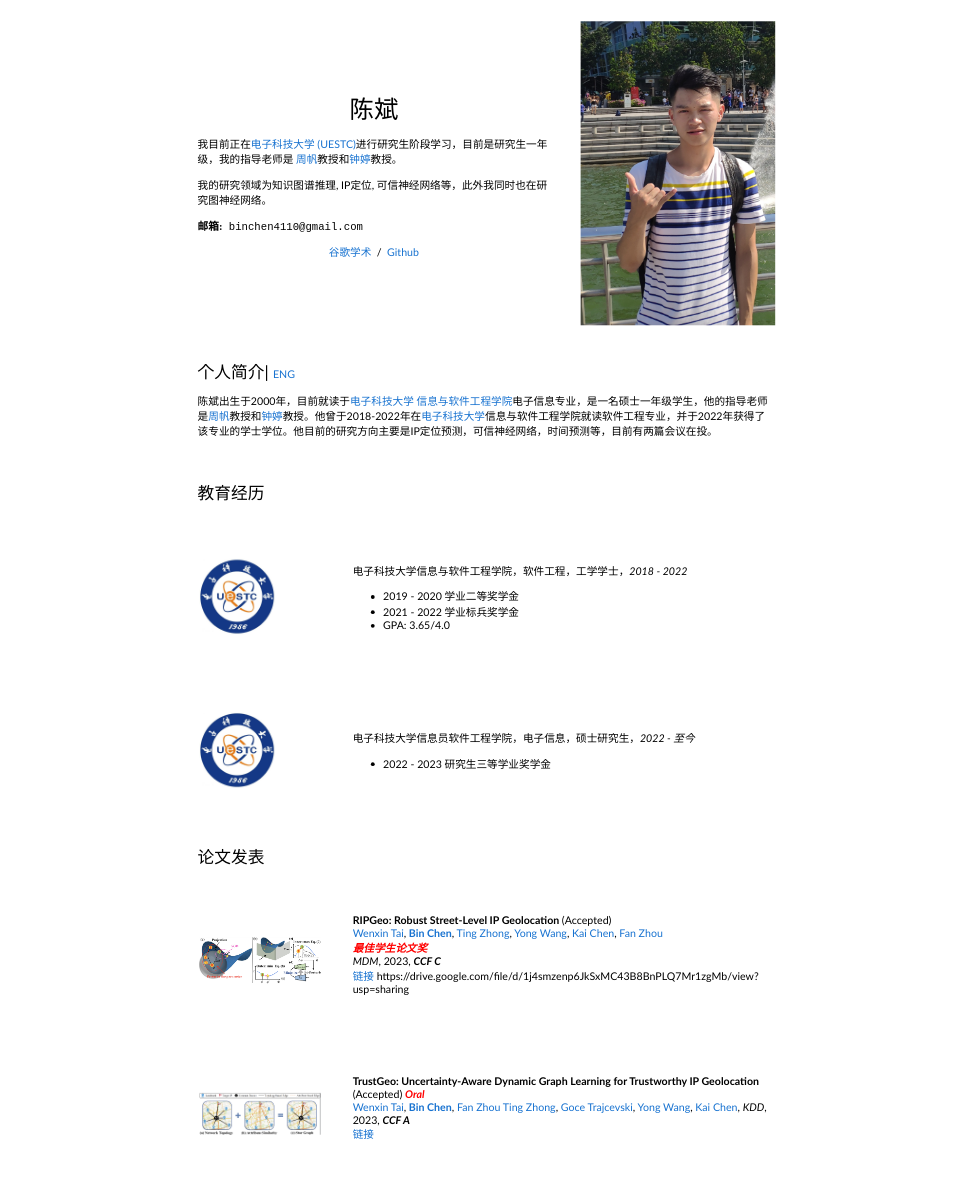
Repository: b1nchen/b1nchen.github.io
Page: index_CHN.html
These files come from the project's save history. The page is drawn as it stood at one moment and after a run of saves; the edit follows.
The browser window is 1280 px wide. The pictures show the part of the page from y = 0 to 1578 px (the page is 1950 px tall), at 76% of full size.
A picture or video elsewhere on the page could not be fetched, so the positions and the page height are approximate.

Above is the page before, as saved 2023-12-31 08:20:53.

### index_CHN.html
<!DOCTYPE HTML>
<html lang="en">

<head>
  <meta http-equiv="Content-Type" content="text/html; charset=UTF-8">

  <title>Bin Chen</title>

  <meta name="author" content="Bin Chen">
  <meta name="viewport" content="width=device-width, initial-scale=1">

  <link rel="stylesheet" type="text/css" href="stylesheet.css">
  <link rel="icon" href="images/uestc_icon.jpeg">
</head>

<body>
  <table
    style="width:100%;max-width:800px;border:0px;border-spacing:0px;border-collapse:separate;margin-right:auto;margin-left:auto;">
    <tbody>
      <tr style="padding:0px">
        <td style="padding:0px">
          <table
            style="width:100%;border:0px;border-spacing:0px;border-collapse:separate;margin-right:auto;margin-left:auto;">
            <tbody>
              <tr style="padding:0px">
                <td style="padding:2.5%;width:63%;vertical-align:middle">
                  <p style="text-align:center">
                    <name>陈斌</name>
                  </p>
                  <p>我目前正在<a href="https://en.uestc.edu.cn/">电子科技大学 (UESTC)</a>进行研究生阶段学习，目前是研究生一年级，我的指导老师是 <a
                      href="https://scholar.google.com/citations?user=Ihj2Rw8AAAAJ">周帆</a>教授和<a
                      href="https://scholar.google.com/citations?user=Mdr0XDkAAAAJ">钟婷</a>教授。
                  </p>
                  <p>
                    我的研究领域为知识图谱推理, IP定位, 可信神经网络等，此外我同时也在研究图神经网络。
                  </p>
                  <p style="font-family: 'Courier New', Courier, monospace;">
                    <b style="font-family: 'Times New Roman', Times, serif;">邮箱:</b> binchen4110@gmail.com
                    <br>
                    <!-- &nbsp &nbsp &nbsp
                    haoyang[dot]yu417[at]outlook.com <br> -->


                  </p>
                  <p style="text-align:center">
                    <!-- <a href="resume/resume_chn.pdf">个人简历</a> &nbsp/&nbsp -->
                    <a href="https://scholar.google.com/citations?user=x3ufhFAAAAAJ/">谷歌学术</a>
                    &nbsp/&nbsp
                    <a href="https://github.com/binchen4110/">Github</a>
                  </p>

                </td>
                <td style="padding:2.5%;width:40%;max-width:40%">
                  <a href="images/profile.jpg"><img style="width:100%;max-width:100%" alt="profile photo"
                      src="images/profile.jpg" class="hoverZoomLink"></a>
                </td>
              </tr>
            </tbody>
          </table>

          <table
            style="width:100%;border:0px;border-spacing:0px;border-collapse:separate;margin-right:auto;margin-left:auto;">
            <tbody>
              <tr>
                <td style="padding:20px;width:100%;vertical-align:middle">
                  <heading>个人简介| <a href="index.html">ENG</a>
                  </heading>
                  <p>
                    陈斌出生于2000年，目前就读于<a
                    href="https://www.uestc.edu.cn/">电子科技大学</a>  <a
                    href="https://www.sise.uestc.edu.cn/">信息与软件工程学院</a>电子信息专业，是一名硕士一年级学生，他的指导老师是<a
                      href="https://scholar.google.com/citations?user=Ihj2Rw8AAAAJ">周帆</a>教授和<a
                      href="https://scholar.google.com/citations?user=Mdr0XDkAAAAJ">钟婷</a>教授。他曾于2018-2022年在<a href="https://www.uestc.edu.cn/">电子科技大学</a>信息与软件工程学院就读软件工程专业，并于2022年获得了该专业的学士学位。他目前的研究方向主要是IP定位预测，可信神经网络，时间预测等，目前有两篇会议在投。<br>

                  </p>
                </td>
              </tr>
            </tbody>
          </table>
          <table
            style="width:100%;border:0px;border-spacing:0px;border-collapse:separate;margin-right:auto;margin-left:auto;">
            <tbody>

            </tbody>
          </table>

          <table
            style="width:100%;border:0px;border-spacing:0px;border-collapse:separate;margin-right:auto;margin-left:auto;">
            <tbody>
              <tr>
                <td style="padding:20px;width:100%;vertical-align:middle">
                  <heading>教育经历</heading>
                </td>
              </tr>
            </tbody>
          </table>
          <table width="100%" align="center" border="0" cellpadding="20">
            <tbody>

              <tr>
                <td style="padding:20px;width:25%;vertical-align:middle">
                  <div class="flexbox">
                    <img src='images/uestc_icon.jpeg' width="100px">
                  </div>
                </td>
                <td style="padding:20px;width:75%;vertical-align:middle">
                  <p>电子科技大学信息与软件工程学院，软件工程，工学学士，<em>2018 -  2022 </em></p>
                  <ul>
                    <li>
                      2019 - 2020 学业二等奖学金
                    </li>
                    <li>
                      2021 - 2022 学业标兵奖学金
                    </li>
                    <li>
                      GPA: 3.65/4.0
                    </li>
                  </ul>
                  <p> </p>
                </td>
              </tr>


              <tr>
                <td style="padding:20px;width:25%;vertical-align:middle">
                  <div class="flexbox">
                    <img src='images/uestc_icon.jpeg' width="100px">
                  </div>
                </td>
                <td style="padding:20px;width:75%;vertical-align:middle">
                  <p>电子科技大学信息员软件工程学院，电子信息，硕士研究生，<em>2022 - 至今</em></p>
                  <ul>
                    <li>2022 - 2023 研究生三等学业奖学金</li>
                  </ul>
                </td>
              </tr>


              <!-- <tr>
                <td align="center" style="padding:20px;width:25%;vertical-align:middle">
                  <heading>Basically <br> Blog Posts</heading>
                </td>
                <td width="75%" valign="middle">
                  <a href="https://arxiv.org/abs/2112.11687">Squareplus: A Softplus-Like Algebraic Rectifier</a>
                  <br>
                  <a href="https://arxiv.org/abs/2010.09714">A Convenient Generalization of Schlick's Bias and Gain
                    Functions</a>
                  <br>
                  <a href="https://arxiv.org/abs/1704.07483">Continuously Differentiable Exponential Linear Units</a>
                </td>
              </tr> -->


            </tbody>
          </table>

          <table width="100%" align="center" border="0" cellspacing="0" cellpadding="20">
            <tbody>
              <tr>
                <td>
                  <heading>论文发表</heading>
                </td>
              </tr>
            </tbody>
          </table>
          <table width="100%" align="center" border="0" cellpadding="20">
            <tbody>

              <!-- MDM 2023 -->
                <tr onmouseout="ripgeo_data()" onmouseover="ripgeo_para()">
                  <td style="padding:20px;width:25%;vertical-align:middle">
                    <div class="one">
                      <div class="two" id='data'>
                        <img src='images/ripgeo_perturb_data.png' width="160">


                      </div>
                      <img src="images/ripgeo_perturb_para.png" width="160">
                    </div>
                    <script type="text/javascript">
                      function ripgeo_data() {
                        document.getElementById('data').style.opacity = "0";
                      }

                      function ripgeo_para() {
                        document.getElementById('data').style.opacity = "1";
                      }
                      ripgeo_data()
                    </script>
                  </td>
                  <td style="padding:20px;width:75%;vertical-align:middle">

                    <papertitle>RIPGeo: Robust Street-Level IP Geolocation </papertitle>(Accepted)

                    <br>
                    <a href="https://scholar.google.com/citations?user=YyxocAIAAAAJ">Wenxin Tai</a>,
                    <a href="https://scholar.google.com/citations?user=x3ufhFAAAAAJ"><strong>Bin Chen</strong></a>,
                    <a href="https://scholar.google.com/citations?user=Mdr0XDkAAAAJ">Ting Zhong</a>,
                    <a>Yong Wang</a>,
                    <a href="https://scholar.google.com/citations?user=tnRV5QYAAAAJ">Kai Chen</a>,
                    <a href="https://scholar.google.com/citations?user=Ihj2Rw8AAAAJ">Fan Zhou</a>

                    <br>
                    <em><b style="color:red">最佳学生论文奖</b></em>
                    <br>
                    <em>MDM</em>, 2023, <em><strong>CCF C</strong></em>
                    <br>
                    <a href="https://drive.google.com/file/d/1j4smzenp6JkSxMC43B8BnPLQ7Mr1zgMb/view?usp=sharing">链接</a>
                    https://drive.google.com/file/d/1j4smzenp6JkSxMC43B8BnPLQ7Mr1zgMb/view?usp=sharing

                    <!-- <a href="https://ieeexplore.ieee.org/document/9747900">链接</a>,
                    <a href="https://youtu.be/uT1pEfHbo14">视频</a>,
                    <a href="papers/ICASSP_5513_poster.pdf">海报</a>,
                    <a href="papers/ICASSP_slides.pptx">幻灯片</a>,
                    <a href="papers/ICASSP_2022_FUFI.pdf">下载</a>
                    <p></p>
                    <p>We incorporate evidential learning into IP geolocation to improve the stability of the system.. -->
                    </p>
                  </td>
                </tr>


                <!-- KDD 2023 -->
                <tr onmouseout="FUFI_intro()" onmouseover="FUFI_end()">
                  <td style="padding:20px;width:25%;vertical-align:middle">
                    <div class="one">
                      <div class="two" id='method'>
                        <img src='images/trustgeo_method.png' width="160">


                      </div>
                      <img src="images/trustgeo_model.png" width="160">
                    </div>
                    <script type="text/javascript">
                      function FUFI_intro() {
                        document.getElementById('method').style.opacity = "0";
                      }

                      function FUFI_end() {
                        document.getElementById('method').style.opacity = "1";
                      }
                      FUFI_intro()
                    </script>
                  </td>
                  <td style="padding:20px;width:75%;vertical-align:middle">

                    <papertitle>TrustGeo: Uncertainty-Aware Dynamic Graph Learning for Trustworthy IP Geolocation </papertitle>(Accepted) <em><b style="color:red">Oral</b></em>
                    <br>
                    <a href="https://scholar.google.com/citations?user=YyxocAIAAAAJ">Wenxin Tai</a>,
                    <a href="https://scholar.google.com/citations?user=x3ufhFAAAAAJ"><strong>Bin Chen</strong></a>,
                    <a href="https://scholar.google.com/citations?user=Ihj2Rw8AAAAJ">Fan Zhou</a>
                    <a href="https://scholar.google.com/citations?user=Mdr0XDkAAAAJ">Ting Zhong</a>,
                    <a href="https://scholar.google.com/citations?user=Avus2kcAAAAJ">Goce Trajcevski</a>,
                    <a>Yong Wang</a>,
                    <a href="https://scholar.google.com/citations?user=tnRV5QYAAAAJ">Kai Chen</a>,

                    <em>KDD</em>, 2023, <em><strong>CCF A</strong></em>
                    <br>
                    <a href="https://drive.google.com/file/d/1PgxtmzdQAYr9Ti3rvHGgnyf05PbP-WwI/view?usp=drive_link">链接</a>
                    <!-- <a href="https://ieeexplore.ieee.org/document/9747900">链接</a>,
                    <a href="https://youtu.be/uT1pEfHbo14">视频</a>,
                    <a href="papers/ICASSP_5513_poster.pdf">海报</a>,
                    <a href="papers/ICASSP_slides.pptx">幻灯片</a>,
                    <a href="papers/ICASSP_2022_FUFI.pdf">下载</a>
                    <p></p>
                    <p>We incorporate evidential learning into IP geolocation to improve the stability of the system.. -->
                    </p>
                  </td>
                </tr>


              </tbody>
          </table>
        </td>
      </tr>
  </table>
  <center>
  <p>
    <font size="2">
      <font size="2">
        <font size="2">&nbsp;<br>自2023年2月来的第
          &nbsp; <a href="https://www.easycounter.com/">
            <img src="https://www.easycounter.com/counter.php?hyson"
            border="0" alt="Web Site Hit Counter"></a> <i>
            <font face="Arial" size="2"></font>
          </i></font>位独立访客
      </font>
    </font>
  </p>


  <!-- <p><script type="text/javascript" id="clustrmaps" src="//clustrmaps.com/map_v2.js?d=zTeQ7rUwgmcb-VHkgGnJarI7gvpzTVAFessGPwxe0HU&cl=ffffff&w=a"></script></p> -->
  <p style="color: #AAAAAA;">© 2023 陈斌 | Powered by <a href="https://pattonyu.github.io/">余昊扬</a> and <a href="https://jonbarron.info/">Jon Barron </a> | 更新时间
      2023-02-28 |
      友情链接: <a href="https://xovee.cn">Xovee Xu</a></p>
  </center>
</body>

</html>

### stylesheet.css
/* latin-ext */
@font-face {
  font-family: 'Lato';
  font-style: italic;
  font-weight: 400;
  src: local('Lato Italic'), local('Lato-Italic'), url(https://fonts.gstatic.com/s/lato/v15/S6u8w4BMUTPHjxsAUi-qNiXg7eU0.woff2) format('woff2');
  unicode-range: U+0100-024F, U+0259, U+1E00-1EFF, U+2020, U+20A0-20AB, U+20AD-20CF, U+2113, U+2C60-2C7F, U+A720-A7FF;
}
/* latin */
@font-face {
  font-family: 'Lato';
  font-style: italic;
  font-weight: 400;
  src: local('Lato Italic'), local('Lato-Italic'), url(https://fonts.gstatic.com/s/lato/v15/S6u8w4BMUTPHjxsAXC-qNiXg7Q.woff2) format('woff2');
  unicode-range: U+0000-00FF, U+0131, U+0152-0153, U+02BB-02BC, U+02C6, U+02DA, U+02DC, U+2000-206F, U+2074, U+20AC, U+2122, U+2191, U+2193, U+2212, U+2215, U+FEFF, U+FFFD;
}
/* latin-ext */
@font-face {
  font-family: 'Lato';
  font-style: italic;
  font-weight: 700;
  src: local('Lato Bold Italic'), local('Lato-BoldItalic'), url(https://fonts.gstatic.com/s/lato/v15/S6u_w4BMUTPHjxsI5wq_FQftx9897sxZ.woff2) format('woff2');
  unicode-range: U+0100-024F, U+0259, U+1E00-1EFF, U+2020, U+20A0-20AB, U+20AD-20CF, U+2113, U+2C60-2C7F, U+A720-A7FF;
}
/* latin */
@font-face {
  font-family: 'Lato';
  font-style: italic;
  font-weight: 700;
  src: local('Lato Bold Italic'), local('Lato-BoldItalic'), url(https://fonts.gstatic.com/s/lato/v15/S6u_w4BMUTPHjxsI5wq_Gwftx9897g.woff2) format('woff2');
  unicode-range: U+0000-00FF, U+0131, U+0152-0153, U+02BB-02BC, U+02C6, U+02DA, U+02DC, U+2000-206F, U+2074, U+20AC, U+2122, U+2191, U+2193, U+2212, U+2215, U+FEFF, U+FFFD;
}
/* latin-ext */
@font-face {
  font-family: 'Lato';
  font-style: normal;
  font-weight: 400;
  src: local('Lato Regular'), local('Lato-Regular'), url(https://fonts.gstatic.com/s/lato/v15/S6uyw4BMUTPHjxAwXiWtFCfQ7A.woff2) format('woff2');
  unicode-range: U+0100-024F, U+0259, U+1E00-1EFF, U+2020, U+20A0-20AB, U+20AD-20CF, U+2113, U+2C60-2C7F, U+A720-A7FF;
}
/* latin */
@font-face {
  font-family: 'Lato';
  font-style: normal;
  font-weight: 400;
  src: local('Lato Regular'), local('Lato-Regular'), url(https://fonts.gstatic.com/s/lato/v15/S6uyw4BMUTPHjx4wXiWtFCc.woff2) format('woff2');
  unicode-range: U+0000-00FF, U+0131, U+0152-0153, U+02BB-02BC, U+02C6, U+02DA, U+02DC, U+2000-206F, U+2074, U+20AC, U+2122, U+2191, U+2193, U+2212, U+2215, U+FEFF, U+FFFD;
}
/* latin-ext */
@font-face {
  font-family: 'Lato';
  font-style: normal;
  font-weight: 700;
  src: local('Lato Bold'), local('Lato-Bold'), url(https://fonts.gstatic.com/s/lato/v15/S6u9w4BMUTPHh6UVSwaPGQ3q5d0N7w.woff2) format('woff2');
  unicode-range: U+0100-024F, U+0259, U+1E00-1EFF, U+2020, U+20A0-20AB, U+20AD-20CF, U+2113, U+2C60-2C7F, U+A720-A7FF;
}
/* latin */
@font-face {
  font-family: 'Lato';
  font-style: normal;
  font-weight: 700;
  src: local('Lato Bold'), local('Lato-Bold'), url(https://fonts.gstatic.com/s/lato/v15/S6u9w4BMUTPHh6UVSwiPGQ3q5d0.woff2) format('woff2');
  unicode-range: U+0000-00FF, U+0131, U+0152-0153, U+02BB-02BC, U+02C6, U+02DA, U+02DC, U+2000-206F, U+2074, U+20AC, U+2122, U+2191, U+2193, U+2212, U+2215, U+FEFF, U+FFFD;
}

a {
  color: #1772d0;
  text-decoration: none;
}

a:focus,
a:hover {
  color: #f09228;
  text-decoration: none;
}

body,
td,
th,
tr,
p,
a {
  font-family: 'Lato', Verdana, Helvetica, sans-serif;
  font-size: 14px
}

strong {
  font-family: 'Lato', Verdana, Helvetica, sans-serif;
  font-size: 14px;
}

heading {
  font-family: 'Lato', Verdana, Helvetica, sans-serif;
  font-size: 22px;
}

papertitle {
  font-family: 'Lato', Verdana, Helvetica, sans-serif;
  font-size: 14px;
  font-weight: 700
}

name {
  font-family: 'Courier New', Courier, monospace;
  font-size: 32px;
}


.flexbox{
  width: 160px;
  height: 160px;
  display: flex;
  align-items: center;
  justify-items: center;
  /* text-align: center; */
}

.flexbox img{
  justify-items: center;
  align-items: center;
  /* text-align: center; */
}


.one {
  width: 160px;
  height: 160px;
  display: flex;
  position: relative;
  align-items: center;
}

.one img{
  width: 160px;
  align-items: center;
}

.two {
  width: 160px;
  height: 160px;
  display: flex;
  position: absolute;
  transition: opacity .2s ease-in-out;
  -moz-transition: opacity .2s ease-in-out;
  -webkit-transition: opacity .2s ease-in-out;
  align-items: center;
}

.two img{
  width: 160px;
  align-items: center;
}

.fade {
  transition: opacity .2s ease-in-out;
  -moz-transition: opacity .2s ease-in-out;
  -webkit-transition: opacity .2s ease-in-out;
}

span.highlight {
  background-color: #ffffd0;
}

After the next 2 saves:
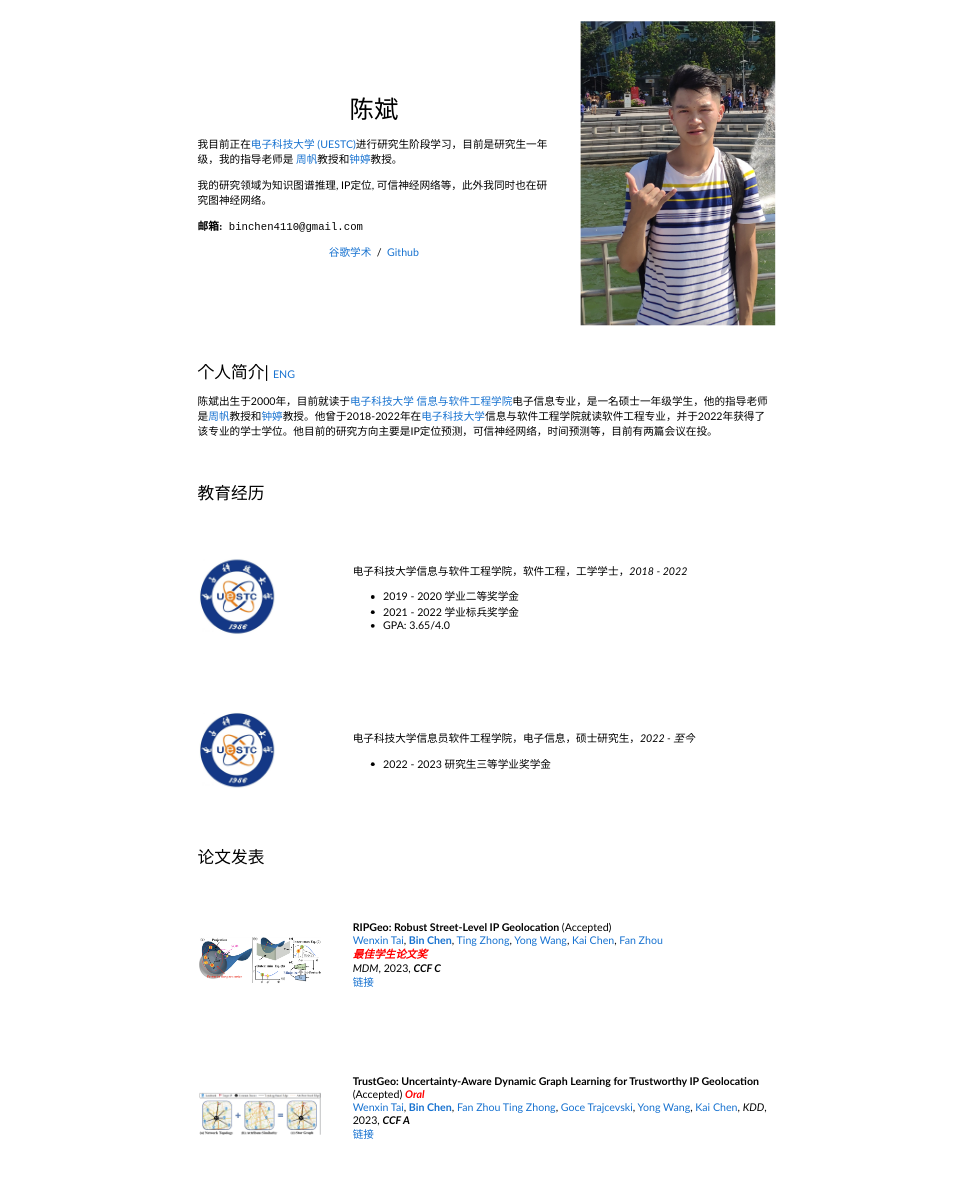
The 2 saves are shown as one change because they came seconds apart.
The last was saved 18 s later.
--- a/index_CHN.html
+++ b/index_CHN.html
@@ -206,7 +206,7 @@
                     <em>MDM</em>, 2023, <em><strong>CCF C</strong></em>
                     <br>
                     <a href="https://drive.google.com/file/d/1j4smzenp6JkSxMC43B8BnPLQ7Mr1zgMb/view?usp=sharing">链接</a>
-                    https://drive.google.com/file/d/1j4smzenp6JkSxMC43B8BnPLQ7Mr1zgMb/view?usp=sharing
+
 
                     <!-- <a href="https://ieeexplore.ieee.org/document/9747900">链接</a>,
                     <a href="https://youtu.be/uT1pEfHbo14">视频</a>,
